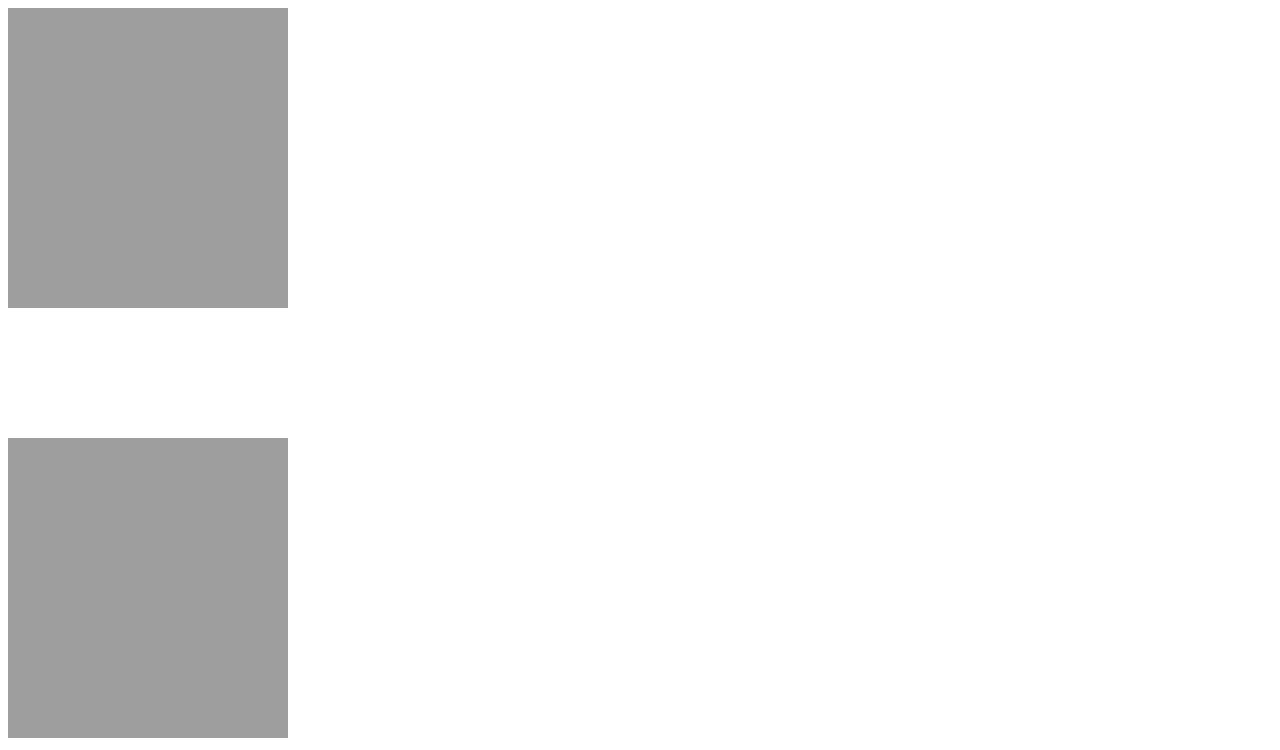
Repository: Tranduchieu2002/FlappyBird
Page: Flappy.html
An editor plug-in stored every save of this project. The page is shown before and after the next save, followed by the edit.
The browser window is 1280 px wide. The pictures show the whole page.

Above is the page before, as saved 2021-09-14 17:26:07.

### Flappy.html
<!DOCTYPE html>
<html lang="en">
<head>
   <meta charset="UTF-8">
   <meta http-equiv="X-UA-Compatible" content="IE=edge">
   <meta name="viewport" content="width=device-width, initial-scale=1.0">
   <title>Document</title>
   <style>
      canvas  {
     }
     @media only screen and (max-width: 600px) {
        canvas {
         width: 100%;
         height: 100%;
        }
     }
   </style>
</head>
<body>
   <canvas id="canvas" width="280px" height="730px">

   </canvas>
   <script src="index.js"></script>
</body>
</html>

### index.js
const cvs = document.querySelector("canvas");
const ctx = cvs.getContext("2d");
var bird = new Image();
var bg = new Image();
let fg = new Image();
let pipeSouth = new Image();
let pipeNorth = new Image();
console.log(pipeNorth.length, pipeSouth.length);
fg.src =
  "https://raw.githubusercontent.com/CodeExplainedRepo/FlappyBird-JavaScript/master/images/fg.png";
pipeNorth.src =
  "https://raw.githubusercontent.com/CodeExplainedRepo/FlappyBird-JavaScript/master/images/pipeNorth.png";
pipeSouth.src =
  "https://raw.githubusercontent.com/CodeExplainedRepo/FlappyBird-JavaScript/master/images/pipeSouth.png";
bird.src =
  "https://raw.githubusercontent.com/CodeExplainedRepo/FlappyBird-JavaScript/master/images/bird.png";
bg.src =
  "https://raw.githubusercontent.com/CodeExplainedRepo/FlappyBird-JavaScript/master/images/bg.png";
(function draw() {
  const fh = 50;
  const hC = cvs.height;
  let Bx = 50;
  let By = 50;
  let hPassForCg = 70;
  ctx.drawImage(bg, 0, 0);
  ctx.drawImage(bird, 0, 0, 30, 30);
  ctx.drawImage(pipeSouth, 100, 0);
  ctx.drawImage(pipeNorth, 130, 0);
  ctx.drawImage(fg, 0, hC - fg.height);
  requestAnimationFrame(draw);
})();

After the next save:
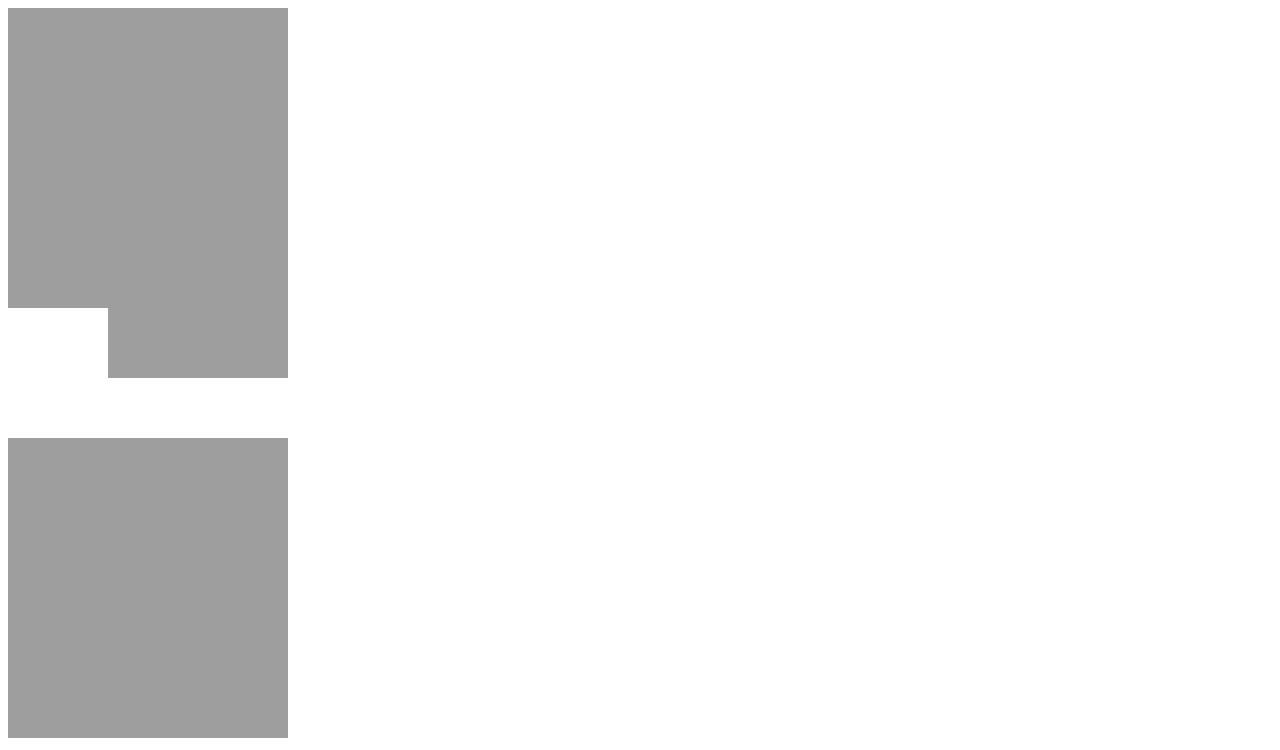
Saved 13 s later.
--- a/index.js
+++ b/index.js
@@ -24,7 +24,7 @@ bg.src =
   let hPassForCg = 70;
   ctx.drawImage(bg, 0, 0);
   ctx.drawImage(bird, 0, 0, 30, 30);
-  ctx.drawImage(pipeSouth, 100, 0);
+  ctx.drawImage(pipeSouth, 100, hPassForCg);
   ctx.drawImage(pipeNorth, 130, 0);
   ctx.drawImage(fg, 0, hC - fg.height);
   requestAnimationFrame(draw);
